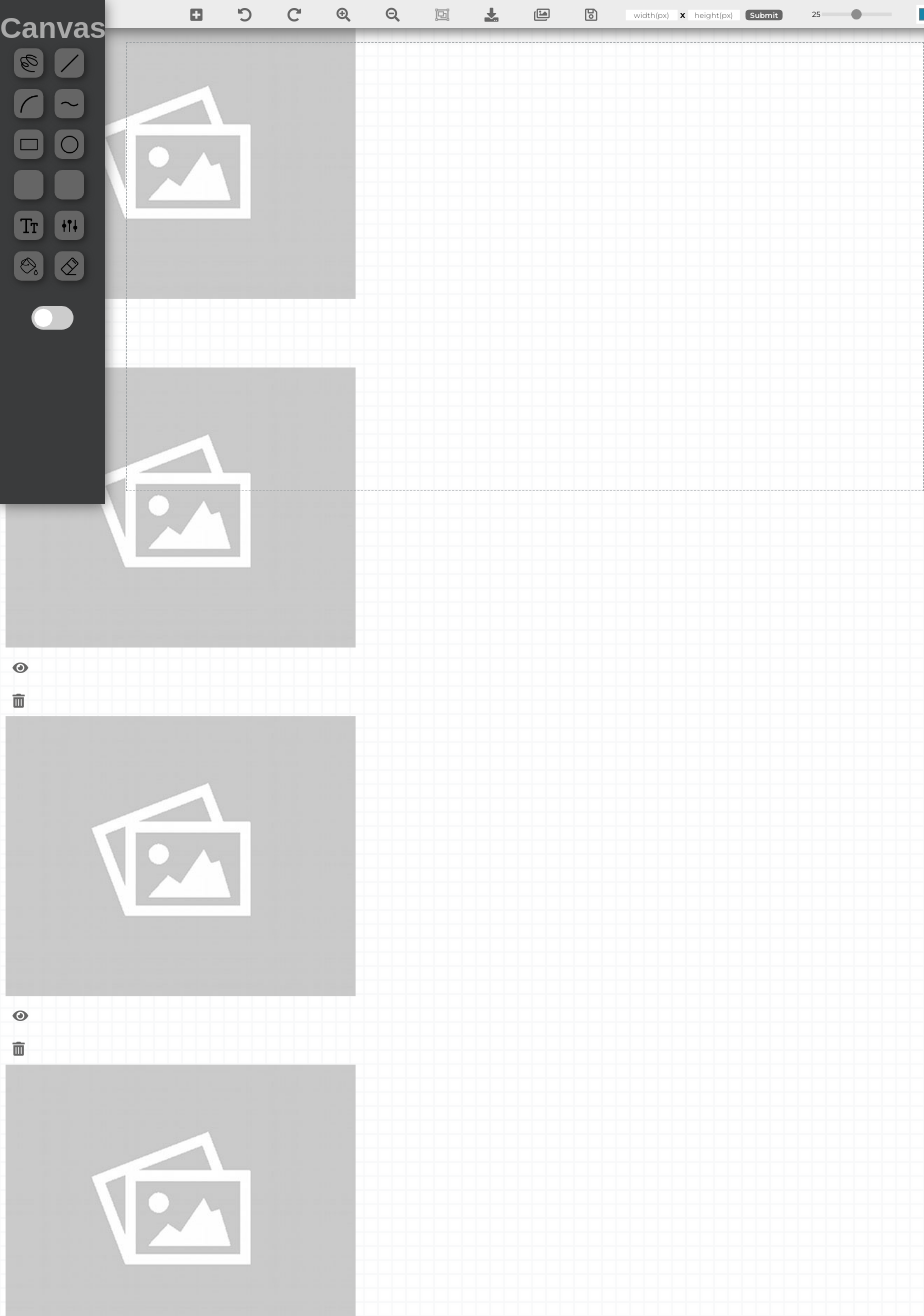
Repository: moryahng/myCanvasProject
Page: index.html
The author's editor kept a copy of each file at every save. The page is drawn from the files as they stood at one save, then again after a run of saves.
The browser window is 1280 px wide. The page is 1320 px wide, so the pictures cover 1320 px, including what lies to the right of the window. The pictures show the part of the page from y = 0 to 1880 px (the page is 6651 px tall before and 6670 px after), at 70% of full size.
Some web fonts or font styles are not loaded; a fallback is used.

Above is the page before, as saved 2021-11-11 22:50:32.

After the next 3 saves:
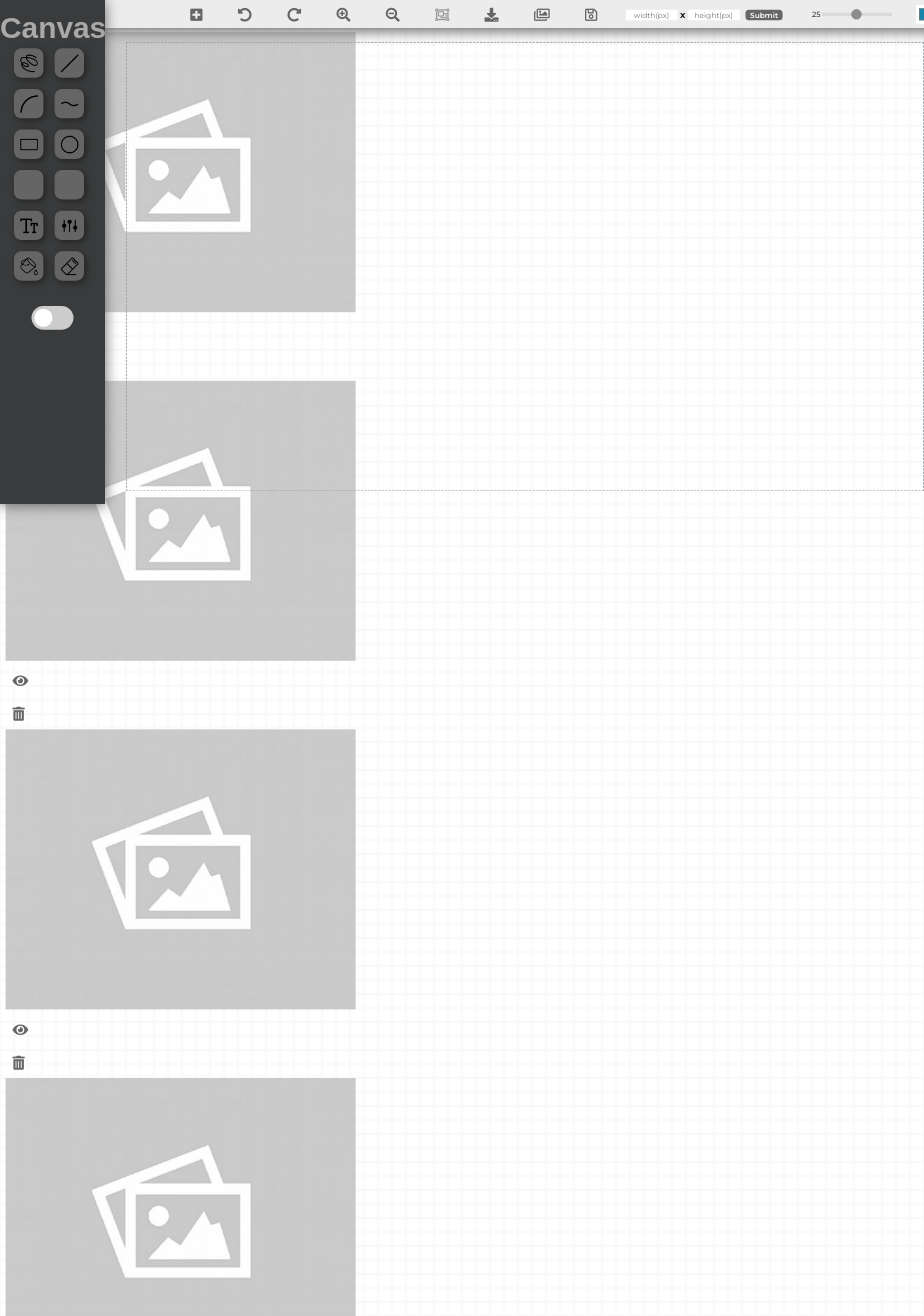
The 3 saves are shown as one change because they came seconds apart.
The last was saved 11 s later.
--- a/index.html
+++ b/index.html
@@ -9,7 +9,7 @@
     <link rel="stylesheet" href="style.css">
     <title>Canvas</title>
 </head>
-<body>
+<input>
     <!-- Navbar -->
     <nav class="nav-bar">
             <div id="description">
@@ -172,7 +172,7 @@
       </div>
 
       <!-- pris added - Input Text -->
-      <input id="textInput" class="" placeholder="type here and press enter" name="inputField" value="" style="display: none">
+      <input id="textInput" class="" placeholder="type here and press enter" name="inputField" value="" style="display: none"> </input>
 
           <!-- Tools bar -->
     <nav class="tools-bar">
